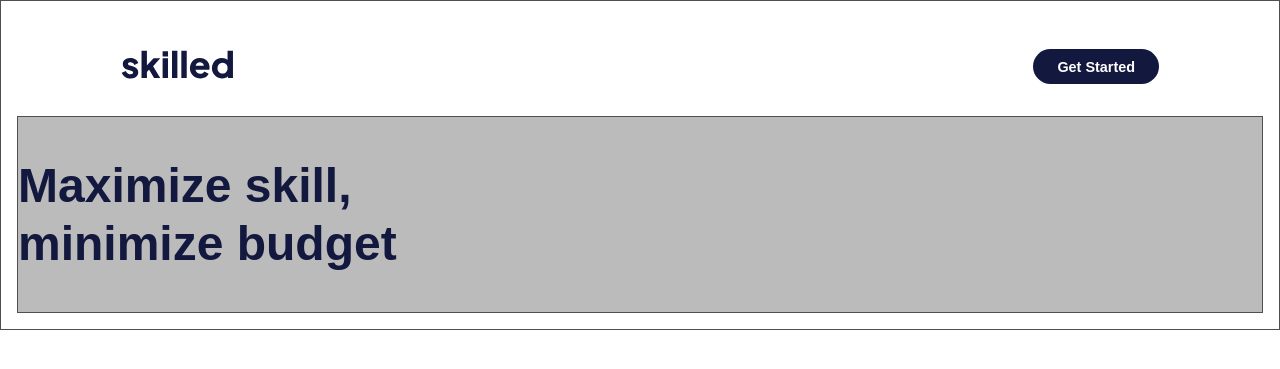
Repository: exe-walt/E-Learning-Landing-Page
Page: index.html
An editor plug-in stored every save of this project. The page is shown before and after the next save, followed by the edit.
The browser window is 1280 px wide. The pictures show the whole page.
Some web fonts or font styles are not loaded; a fallback is used.

Above is the page before, as saved 2025-05-27 19:58:41.

### index.html
<!DOCTYPE html>
<html lang="en">
<head>
  <meta charset="UTF-8">
  <meta name="viewport" content="width=device-width, initial-scale=1.0">
  <title>Skilled E-Learning Page</title>
  <link rel="stylesheet" href="css/style.css">
  <link href="https://fonts.cdnfonts.com/css/plus-jakarta-sans" rel="stylesheet">
</head>
<body>
  <div class="content-container">
    <nav>
      <div class="navbar">
        <ul>
          <li id="logo">
            <img src="img/skilled-logo.svg" alt="logo">
          </li>
          <li class="navbar-button">
            <button>Get Started</button>
          </li>
        </ul>
      </div>
    </nav>

    <section class="hero-section">
      <div class="hero-text">
        <h1>Maximize skill, <br>minimize budget</h1>
      </div>
    </section>
  </div>

</body>
</html>

### css/style.css
* {
  font-family: "Plus Jakarta Sans", sans-serif;
}
body {
  margin: 0;
  display: flex;
  justify-content: center;
  align-items: center;
}

.content-container {
  background-color: #ffffff;
  max-width: 100%;
  width: 100%;
  height: auto;
  padding: 1em;
  border: 1px solid #4f4f4f;
}

.navbar {
  display: flex;
  justify-content: space-between;
  align-items: center;
  padding: 2rem 2.5rem;
  background-color: white;
  margin-left: 4em;
  margin-right: 4em;
}

.navbar ul {
  display: flex;
  align-items: center;
  justify-content: space-between;
  width: 100%;
  list-style: none;
  margin: 0;
  padding: 0;
}

.logo img {
  height: 1.75rem;
  width: auto;
}

.navbar-button button {
  background-color: #13183F;
  color: white;
  border: none;
  border-radius: 999px;
  padding: 0.6rem 1.5rem;
  font-weight: 600;
  font-size: 0.9rem;
  cursor: pointer;
  transition: background-color 0.3s ease;
}

.navbar-button button:hover {
  background-color: #666ca3;
}

.hero-section{
  border: 1px solid #4f4f4f;
  display: flex;
  background-color: #bbbbbb;

}

.hero-text h1 {
  font-family: 'Plus Jakarta Sans', sans-serif;
  font-weight: 800;
  font-size: 3rem;
  line-height: 1.2; /* Optional: for readability */
  color: #13183f;
}

After the next save:
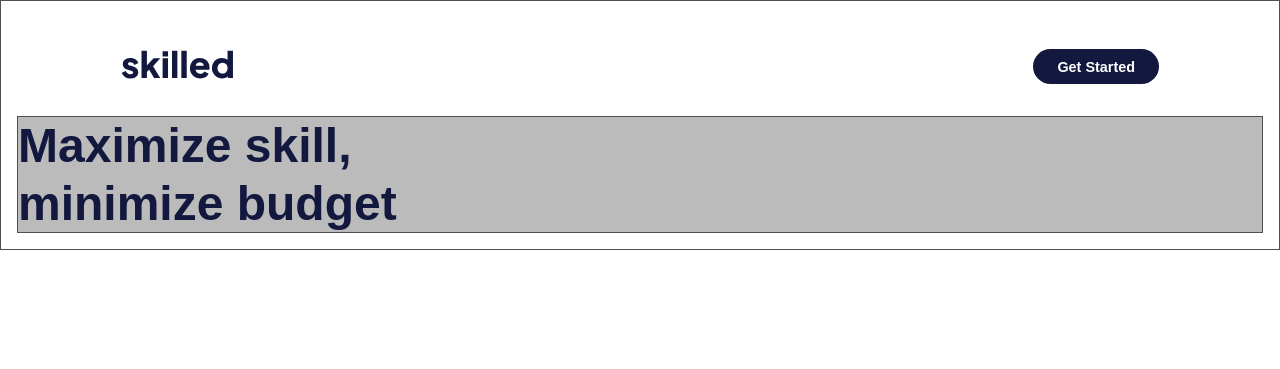
Saved 31 s later.
--- a/css/style.css
+++ b/css/style.css
@@ -65,10 +65,11 @@ body {
 
 }
 
-.hero-text h1 {
+.hero-section h1 {
   font-family: 'Plus Jakarta Sans', sans-serif;
-  font-weight: 800;
-  font-size: 3rem;
-  line-height: 1.2; /* Optional: for readability */
-  color: #13183f;
+  font-weight: 800; /* ExtraBold */
+  font-size: 3rem; /* Adjust as needed for exact size */
+  line-height: 1.2;
+  color: #13183F;
+  margin: 0;
 }
